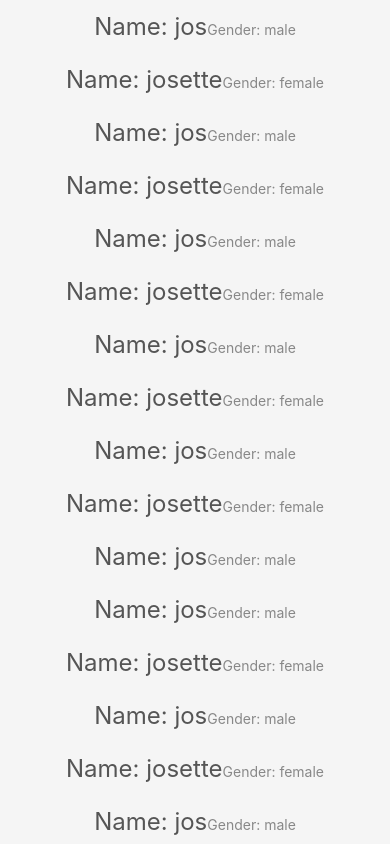
Repository: kfrancois/Bachelorproef-Apps
Screen: / (app in React Native/ListApp/.vscode/)
The author's editor kept a copy of each file at every save. The screen is drawn from the files as they stood at one save, then again after the next save.
An inner scrolling area shows only its first screen. The app was drawn by React Native's web renderer in a window 390 px wide. The project was rebuilt for these pictures with package versions that can differ from the ones it lists, and the page was loaded fresh each time.

Above is the screen before, as saved 2018-04-23 15:06:31.

After the next save:
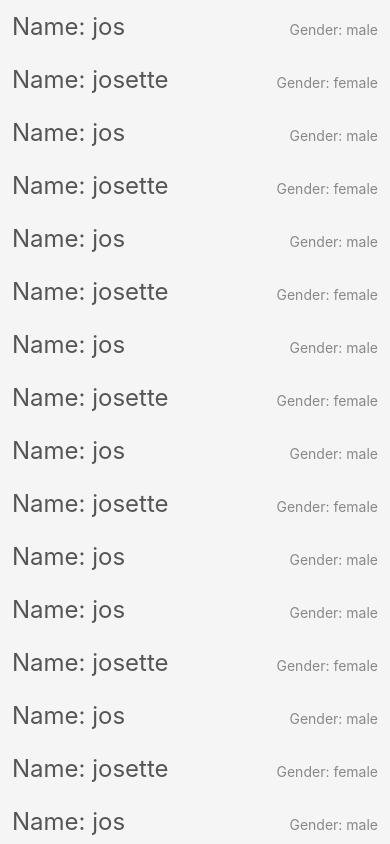
Saved 32 s later.
--- a/React Native/ListApp/.vscode/src/listView.js
+++ b/React Native/ListApp/.vscode/src/listView.js
@@ -26,7 +26,7 @@ const styles = StyleSheet.create({
     backgroundColor: 'whitesmoke'
   },
   container: {
-    alignItems: 'center',
+    flexGrow: 1,
     justifyContent: 'space-between'
   },
   item: {
